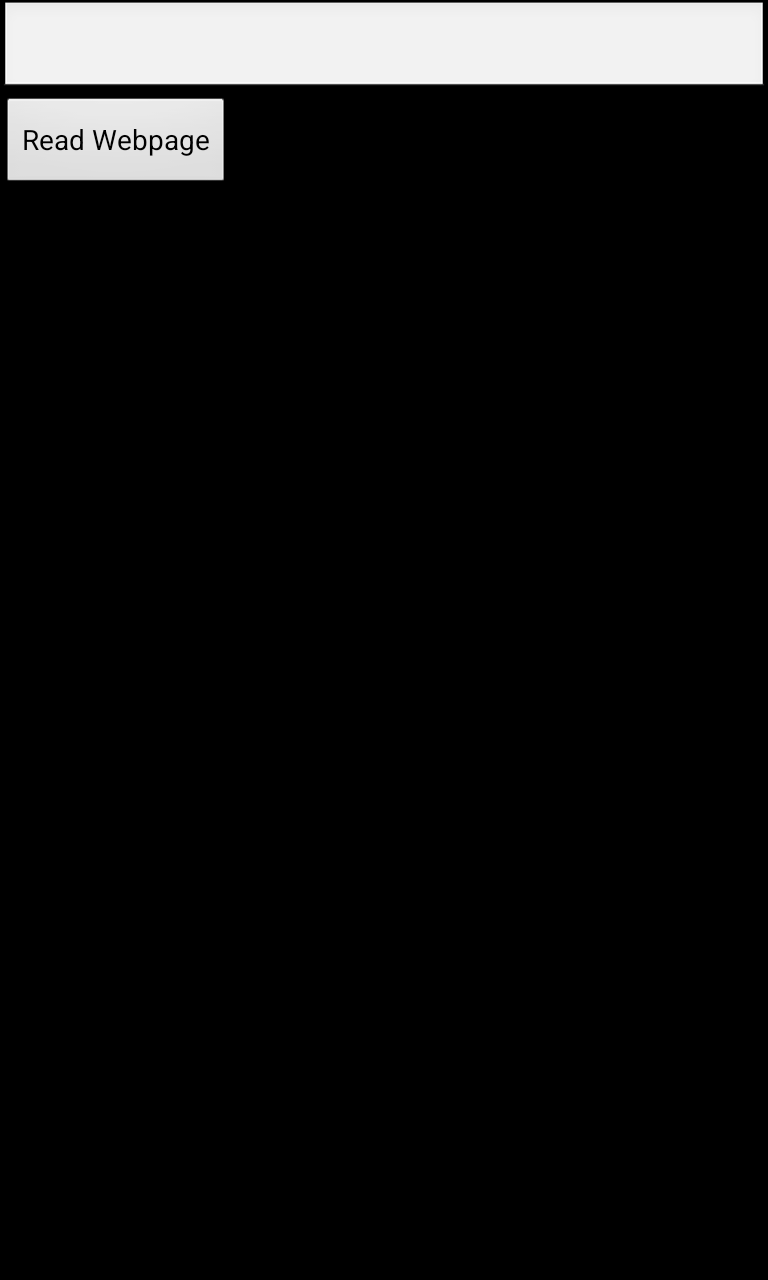
Repository: JerryScript-duplicate/BacksideUpdater
Layout: BacksideUpdater/res/layout/main.xml
These files come from the project's save history. The layout is drawn as it stood at one moment and after the next save; the edit follows.
It is drawn on a 768 x 1280 px phone screen (xhdpi) without system bars, with theme android:Theme; the app's code is not run.

Above is the layout before, as saved 2012-01-18 19:56:12.

After the next save:
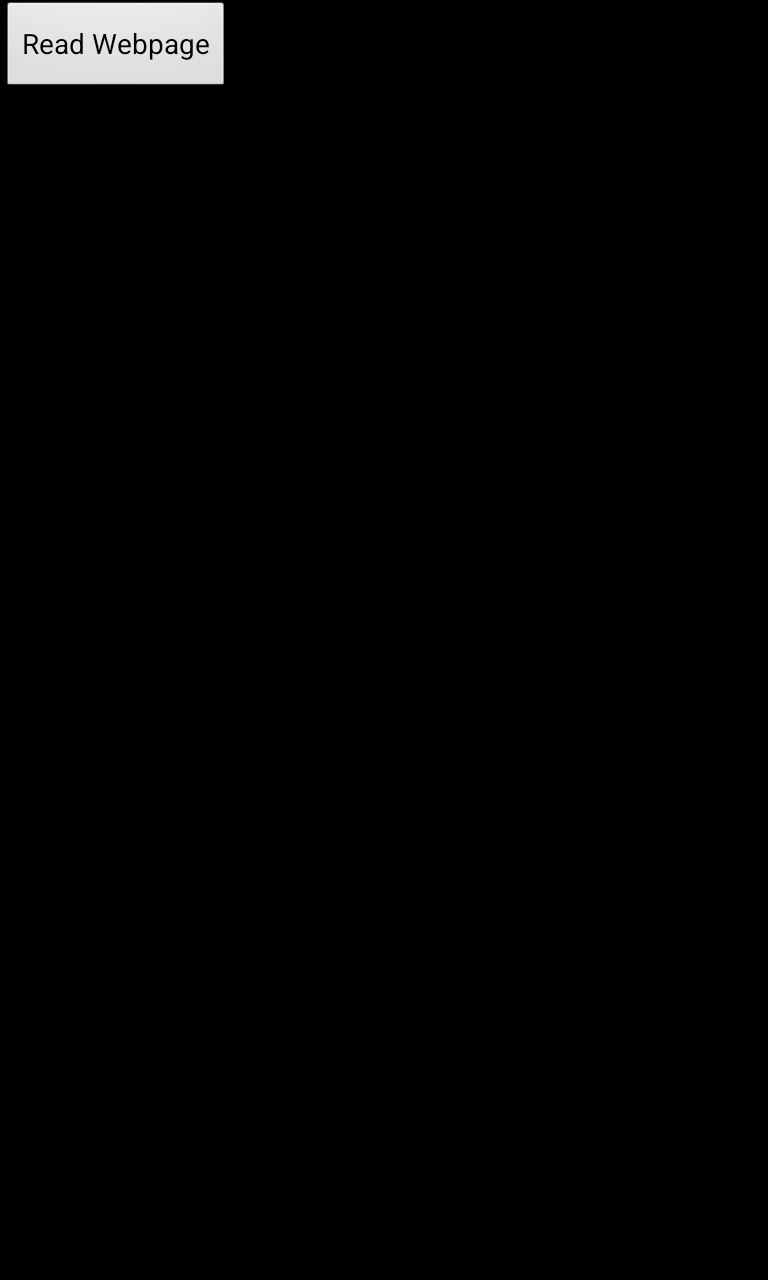
Saved 6 min 51 s later.
--- a/BacksideUpdater/res/layout/main.xml
+++ b/BacksideUpdater/res/layout/main.xml
@@ -10,11 +10,6 @@
         android:layout_height="wrap_content" >
     </LinearLayout>
 
-    <EditText
-        android:id="@+id/address"
-        android:layout_width="fill_parent"
-        android:layout_height="wrap_content" >
-    </EditText>
 
     <Button
         android:id="@+id/BacksideUpdaterButton"
